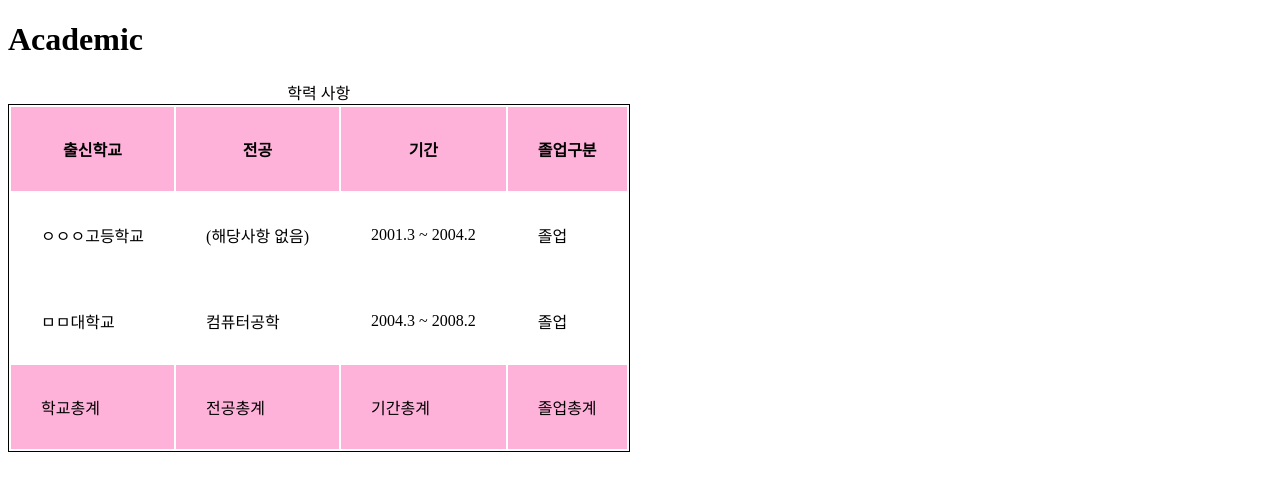
Repository: seulhwangbo/SeulJSP
Page: jspSrc17/webStandard01/src/main/webapp/02/Academic.html
The author's editor kept a copy of each file at every save. The page is drawn from the files as they stood at one save, then again after the next save.
The browser window is 1280 px wide. The pictures show the whole page.

Above is the page before, as saved 2024-06-13 07:28:15.

After the next save:
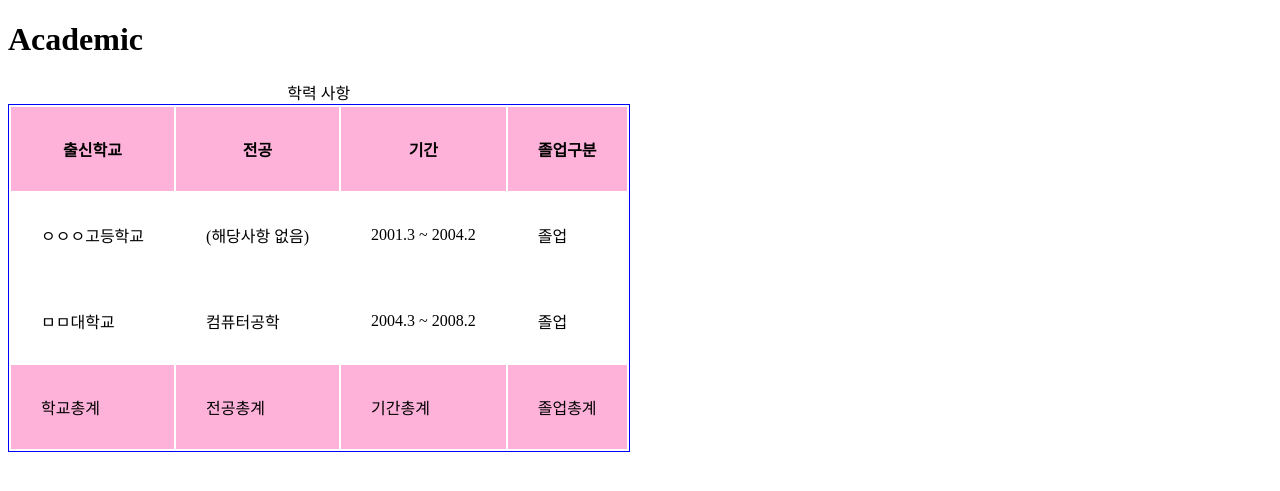
Saved 23 s later.
--- a/jspSrc17/webStandard01/src/main/webapp/02/Academic.html
+++ b/jspSrc17/webStandard01/src/main/webapp/02/Academic.html
@@ -8,7 +8,7 @@ th, td {
 }
 
 table {
-	border: 1px solid;
+	border: 1px solid blue;
 }
 
 thead, tfoot {
